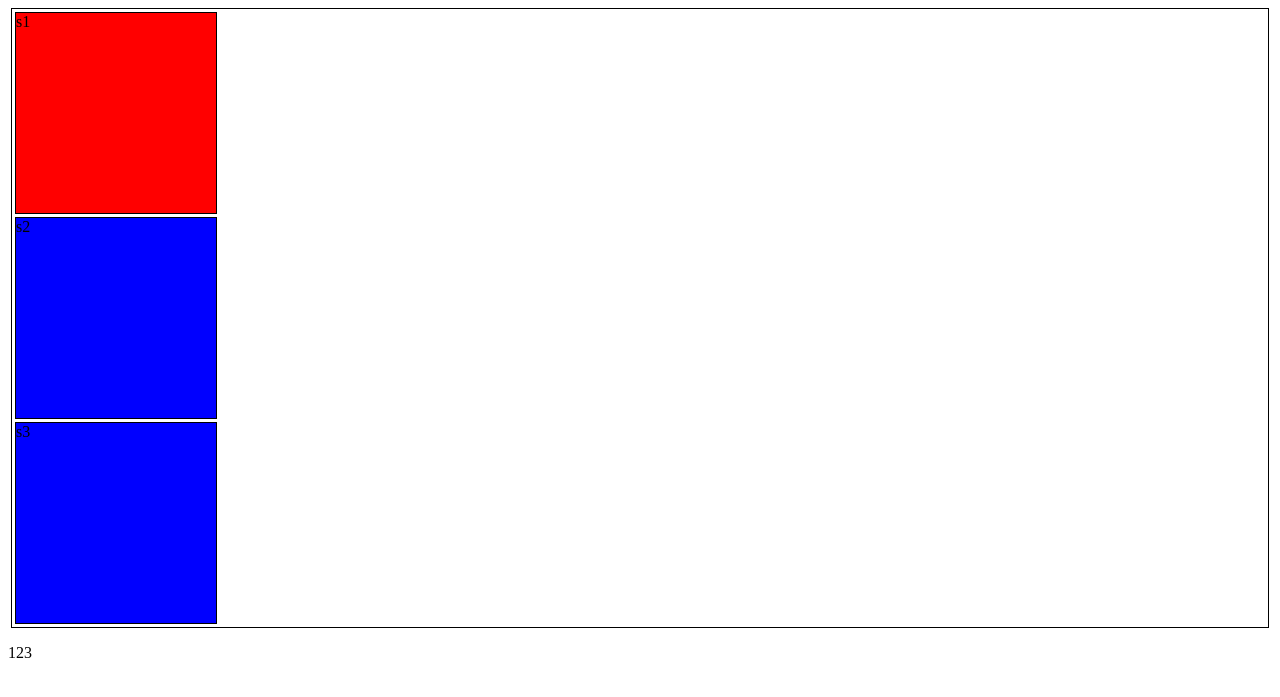
Repository: MasterKweng/workspace
Page: WebBasic/WebContent/Day02/右浮动.html
An editor plug-in stored every save of this project. The page is shown before and after the next save, followed by the edit.
The browser window is 1280 px wide. The pictures show the whole page.

Above is the page before, as saved 2018-01-05 02:22:19.

After the next save:
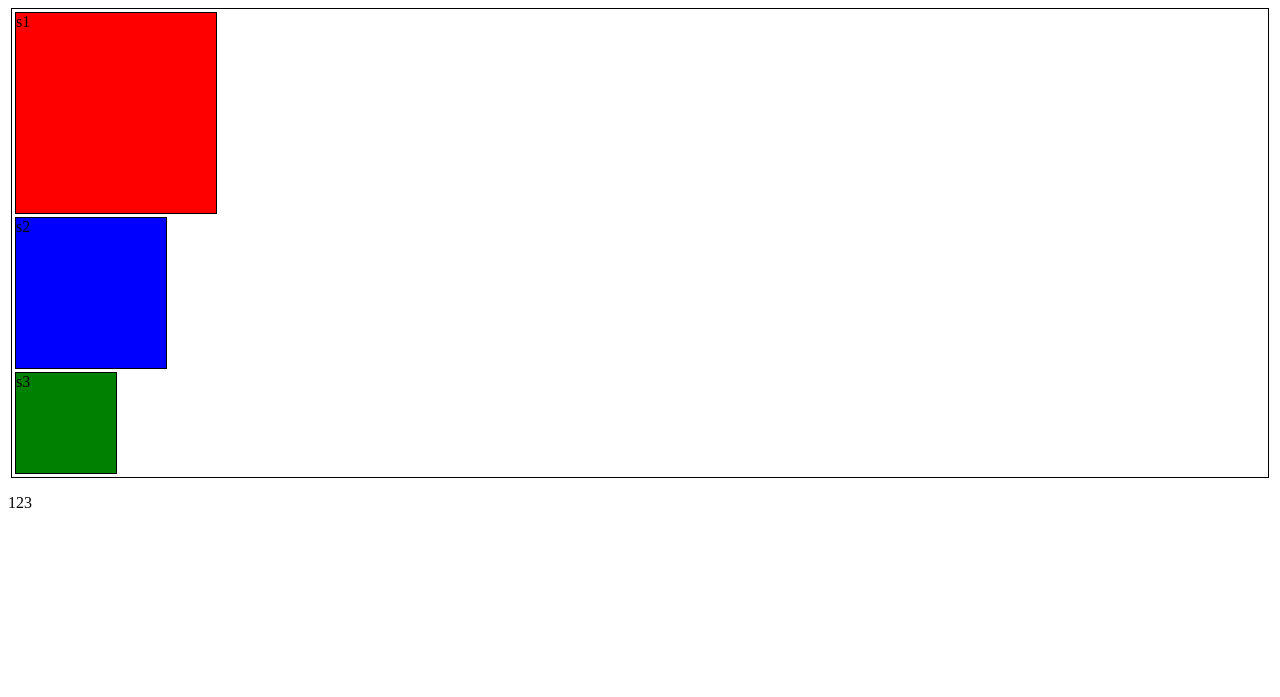
Saved 16 s later.
--- a/WebBasic/WebContent/Day02/右浮动.html
+++ b/WebBasic/WebContent/Day02/右浮动.html
@@ -17,14 +17,14 @@
 				background-color:red;
 			}
 			#son2{
-				width:200px;
-				height:200px;
+				width:150px;
+				height:150px;
 				background-color:blue;
 			}
 			#son3{
-				width:200px;
-				height:200px;
-				background-color:blue;
+				width:100px;
+				height:100px;
+				background-color:green;
 			}
 		</style>
 	</head>
